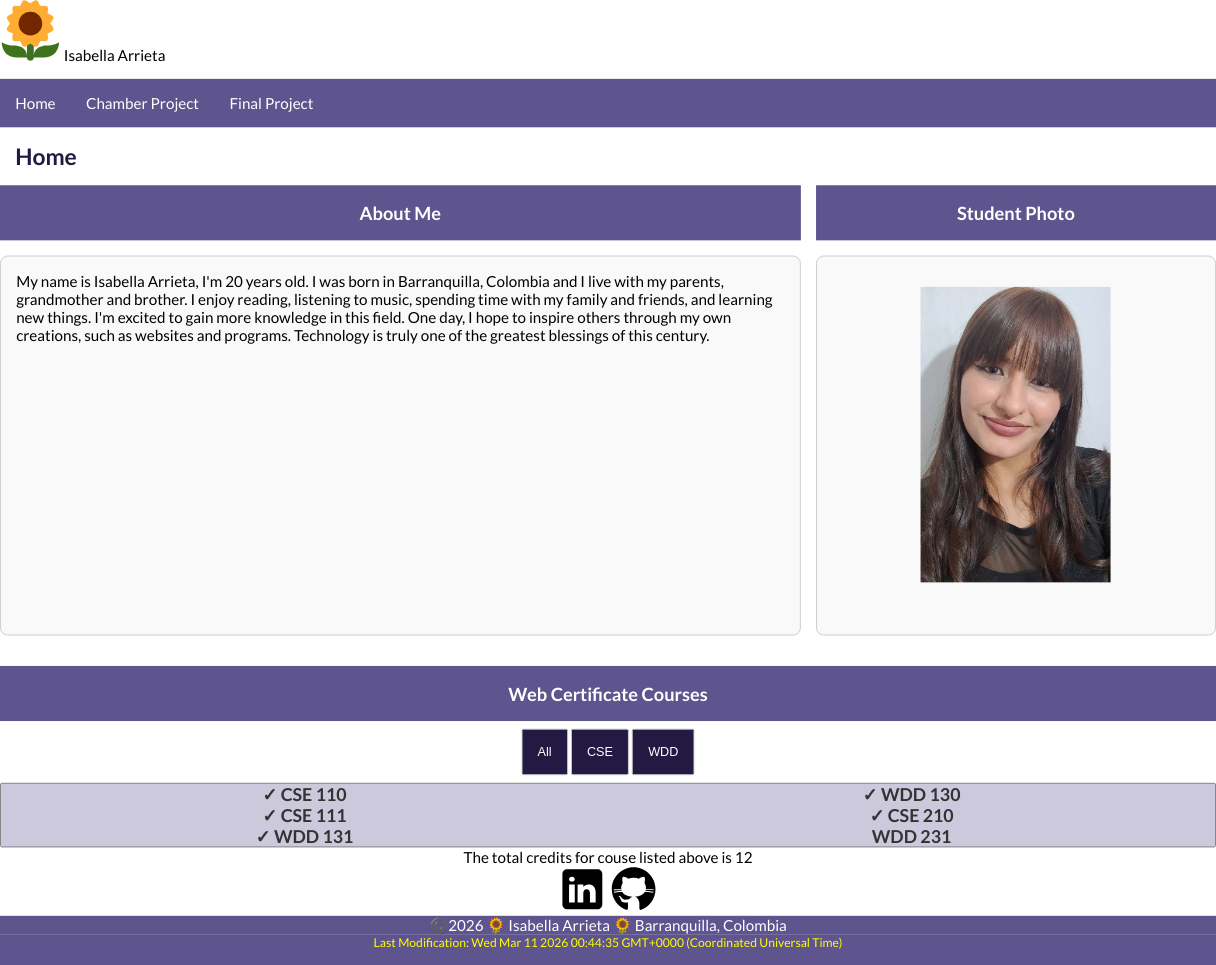
Repository: isaAJ05/wdd231
Page: index.html
An editor plug-in stored every save of this project. The page is shown before and after the next save, followed by the edit.
The browser window is 1280 px wide. The pictures show the whole page, at 95% of full size.
Some web fonts or font styles are not loaded; a fallback is used.

Above is the page before, as saved 2026-03-11 01:04:09.

After the next save:
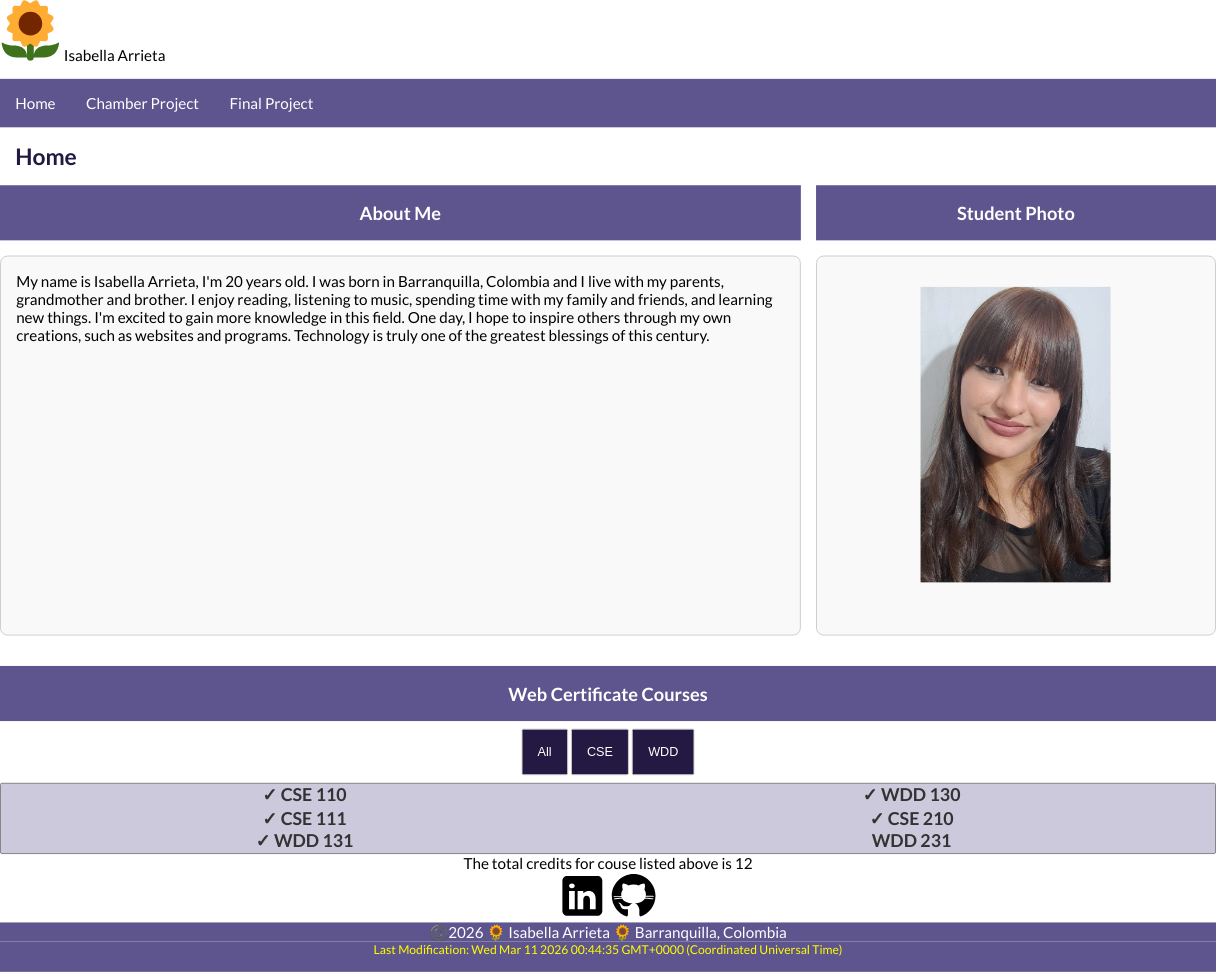
Saved 22 s later.
--- a/styles/normalize.css
+++ b/styles/normalize.css
@@ -133,7 +133,7 @@ nav {
 	border-radius: 2px;
 	color: #333;
 	font-weight: 700;
-	max-height: 75px;
+	height: 75px;
 }
 footer {
     color:  #fff;
